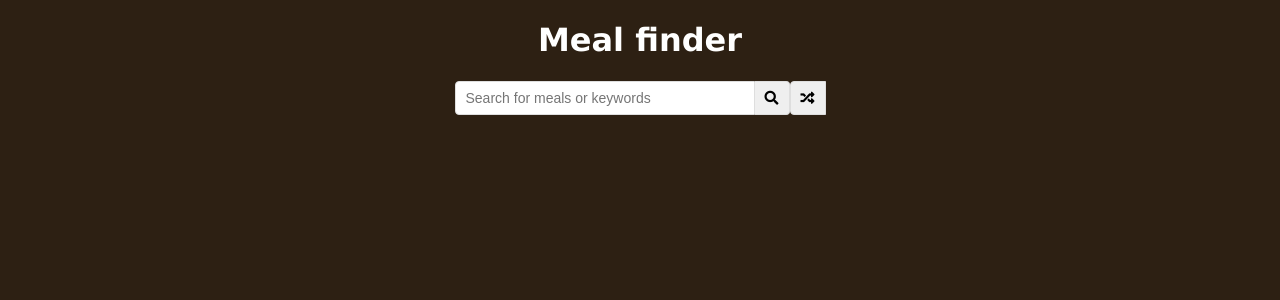
Repository: atko87/meal-finder
Page: index.html
An editor plug-in stored every save of this project. The page is shown before and after the next save, followed by the edit.
The browser window is 1280 px wide. The pictures show the whole page.
Some web libraries are served in a nearby version.

Above is the page before, as saved 2020-04-21 20:57:43.

After the next save:
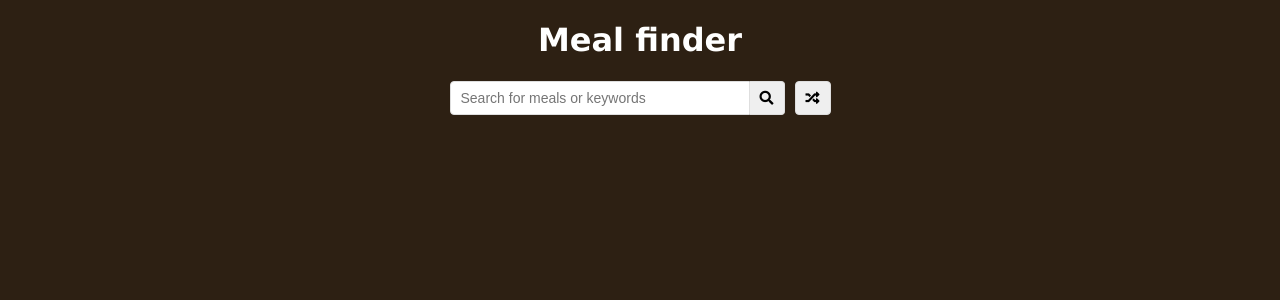
Saved 50 s later.
--- a/style.css
+++ b/style.css
@@ -40,7 +40,12 @@ input[type="text"] {
   cursor: pointer;
   border-left: 0;
   border-radius: 0;
-
   border-top-right-radius: 4px;
   border-bottom-right-radius: 4px;
 }
+.random-btn {
+  cursor: pointer;
+  margin-left: 10px;
+  border-top-right-radius: 4px;
+  border-bottom-right-radius: 4px;
+}
